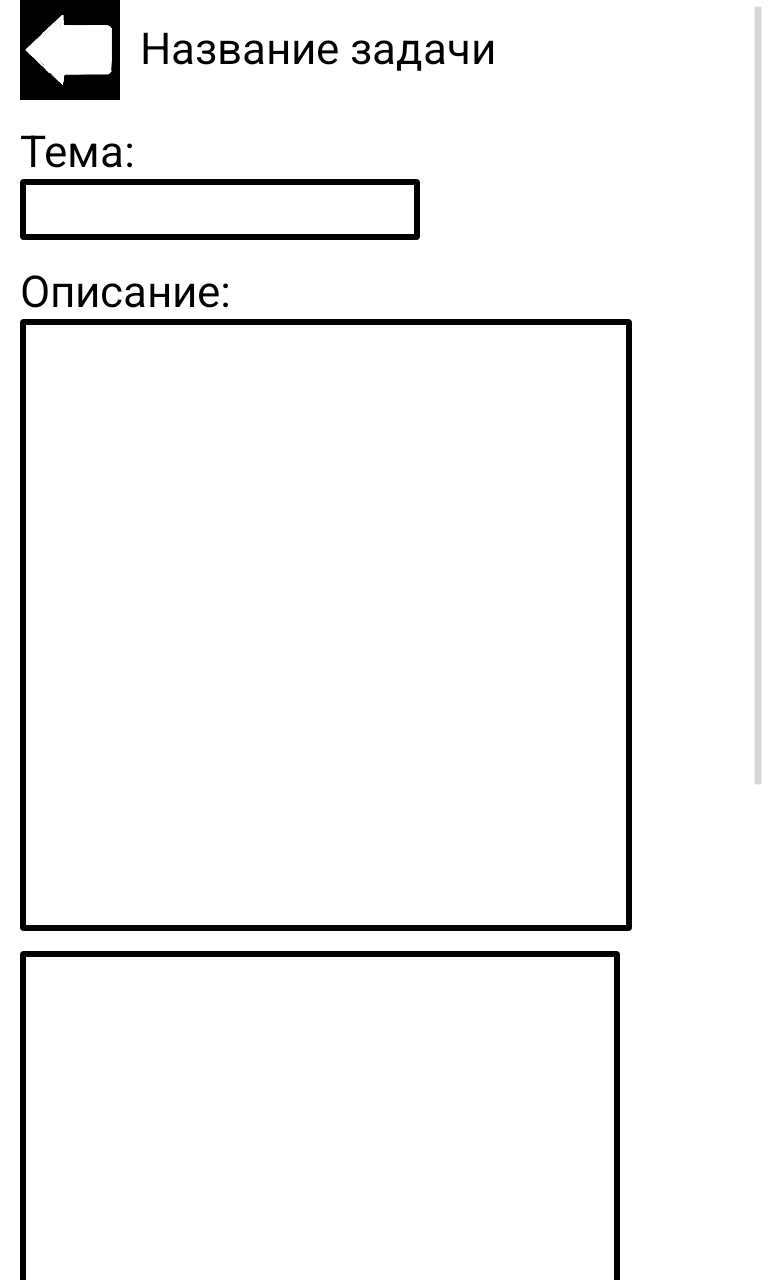
Repository: webguild/RedmineMobile
Layout: Android/RedmineAndroid/res/layout/project_task_edit.xml
The author's editor kept a copy of each file at every save. The layout is drawn from the files as they stood at one save, then again after the next save.
It is drawn on a 768 x 1280 px phone screen (xhdpi) without system bars, with theme AppTheme; the app's code is not run. Lists and similar views that code fills are empty.

Above is the layout before, as saved 2013-01-18 12:41:00.

After the next save:
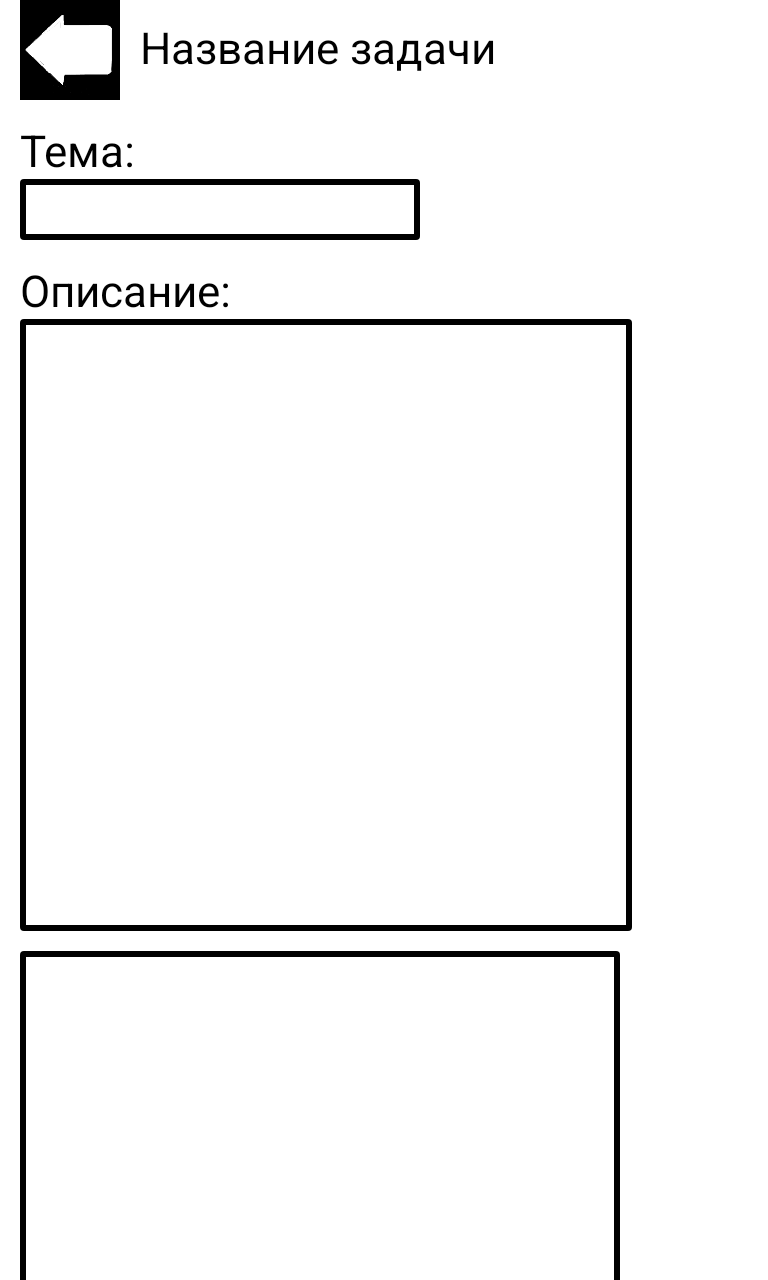
Saved 2 min 32 s later.
--- a/Android/RedmineAndroid/res/layout/project_task_edit.xml
+++ b/Android/RedmineAndroid/res/layout/project_task_edit.xml
@@ -5,14 +5,7 @@
     android:orientation="vertical"
     android:paddingLeft="10dp" >
 
-<ScrollView
-    android:layout_width="fill_parent"
-    android:layout_height="wrap_content">
 
- <LinearLayout
-    android:layout_width="fill_parent"
-    android:layout_height="wrap_content"
-    android:orientation="vertical">
 
 
 
@@ -117,6 +110,5 @@
         android:background="@drawable/darkgreybutton"
         android:text="Сохранить"
         android:textColor="#fff" />
+
 </LinearLayout>
-</ScrollView>
-</LinearLayout>
